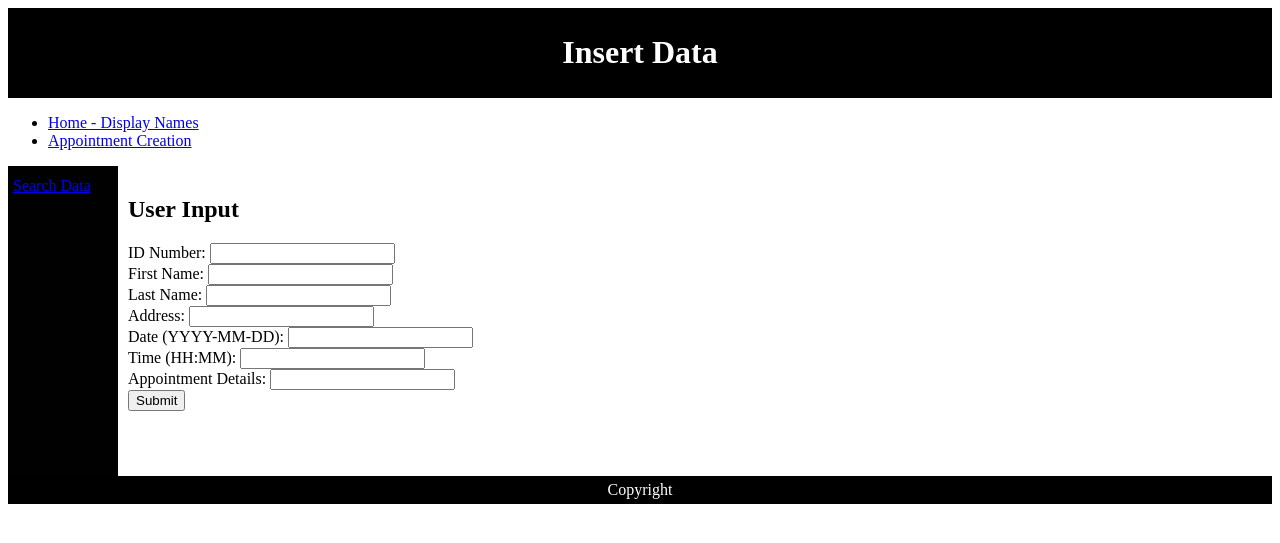
Repository: Doniico/G1_ODM
Page: workspaceCSCI4830-teamproject/teamproject/WebContent/simpleInsertHB.html
These files come from the project's save history. The page is drawn as it stood at one moment and after the next save; the edit follows.
The browser window is 1280 px wide. The pictures show the whole page.

Above is the page before, as saved 2020-04-02 05:13:28.

### workspaceCSCI4830-teamproject/teamproject/WebContent/simpleInsertHB.html
<html>
<head>
<style>
header {
    background-color:black;
    color:white;
    text-align:center;
    padding:5px;
}
nav {
    line-height:30px;
    background-color:#010101;
    height:300px;
    width:100px;
    float:left;
    padding:5px;
}
section {
    width:350px;
    float:left;
    padding:10px;
}
footer {
    background-color:black;
    color:white;
    clear:both;
    text-align:center;
    padding:5px;
}
</style>

</head>

<body>
<header>
<h1> Insert Data</h1>
</header>
<ul id = "navBar">
	<li><a href = "/teamproject/simpleSearchHB.html">Home - Display Names</a></li>
	<li><a href = "/teamproject/simpleInsertHB.html">Appointment Creation</a></li>
</ul>

<nav>
<a href="/webproject/simpleSearchHB.html">Search Data</a> <br>
</nav>

<section>
	<h1>User Input</h1>

	<form action="SimpleInsertHB" method="POST">

		ID Number: <input type="number" name="id"> <br />
		First Name: <input type="text" name="firstName"> <br />
		Last Name: <input type="text" name="lastName"> <br />
		Address: <input type="text" name="address"> <br />
		Date (YYYY-MM-DD): <input type="text" name="date"> <br />
		Time (HH:MM): <input type="text" name="time"> <br />
		Appointment Details: <input type="text" name="details"> <br />

		<input type="submit" value="Submit" />
	</form>

</section>

<footer>
Copyright
</footer>
</body>
</html>

After the next save:
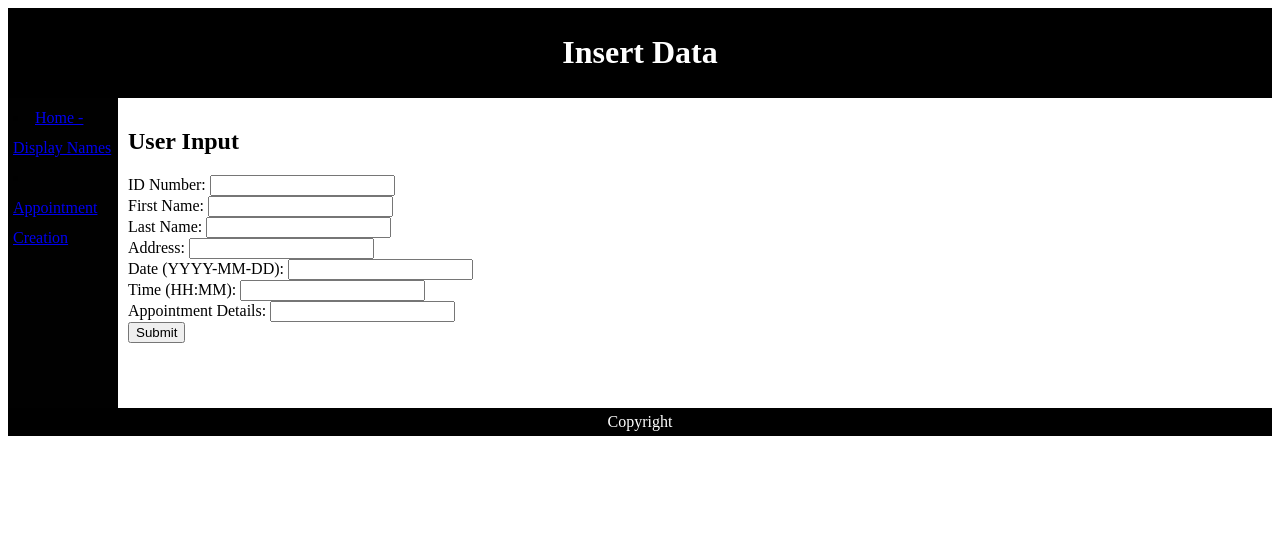
Saved 20 s later.
--- a/workspaceCSCI4830-teamproject/teamproject/WebContent/simpleInsertHB.html
+++ b/workspaceCSCI4830-teamproject/teamproject/WebContent/simpleInsertHB.html
@@ -35,13 +35,10 @@ footer {
 <header>
 <h1> Insert Data</h1>
 </header>
-<ul id = "navBar">
+
+<nav>
 	<li><a href = "/teamproject/simpleSearchHB.html">Home - Display Names</a></li>
 	<li><a href = "/teamproject/simpleInsertHB.html">Appointment Creation</a></li>
-</ul>
-
-<nav>
-<a href="/webproject/simpleSearchHB.html">Search Data</a> <br>
 </nav>
 
 <section>
